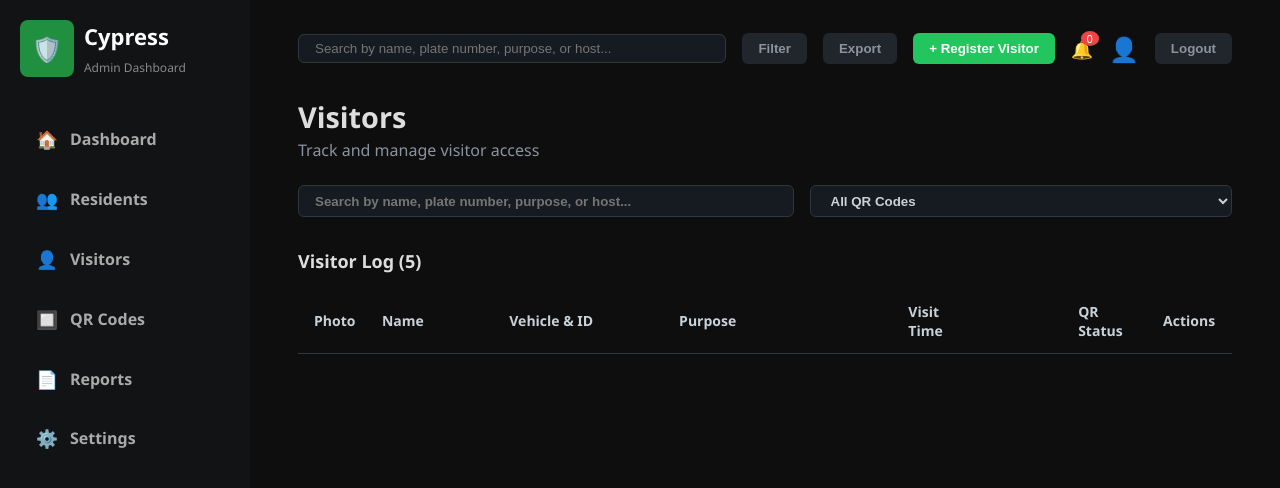
Repository: camuramon/my-project
Page: templates/admin/visitors.html
An editor plug-in stored every save of this project. The page is shown before and after a run of saves, followed by the edit.
The browser window is 1280 px wide. The pictures show the whole page.
The template is drawn by Flask 3. The application's start-up code is not run. The template is opened directly, without the code that normally fills it, so the values that code supplies are empty.

Above is the page before, as saved 2025-09-19 02:10:09.

After the next 2 saves:
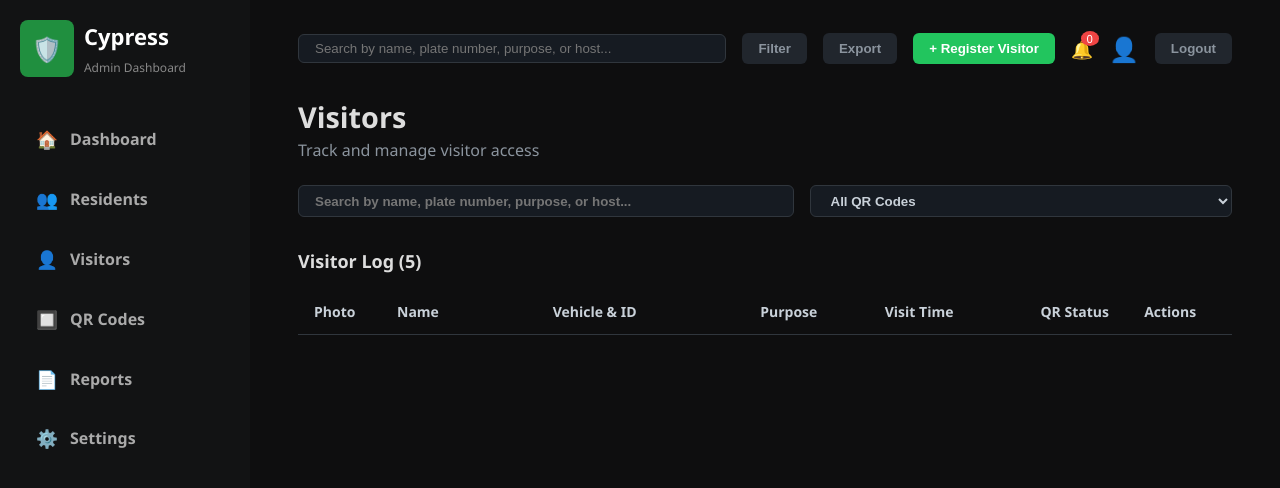
The 2 saves are shown as one change because they came seconds apart.
The last was saved 11 s later.
--- a/templates/admin/visitors.html
+++ b/templates/admin/visitors.html
@@ -89,9 +89,9 @@
         <th>Name</th>
         <th>Vehicle &amp; ID</th>
         <th>Purpose</th>
-              <th></th>
+
         <th>Visit Time</th>
-        <th></th>
+
         <th>QR Status</th>
         <th>Actions</th>
     </tr>
